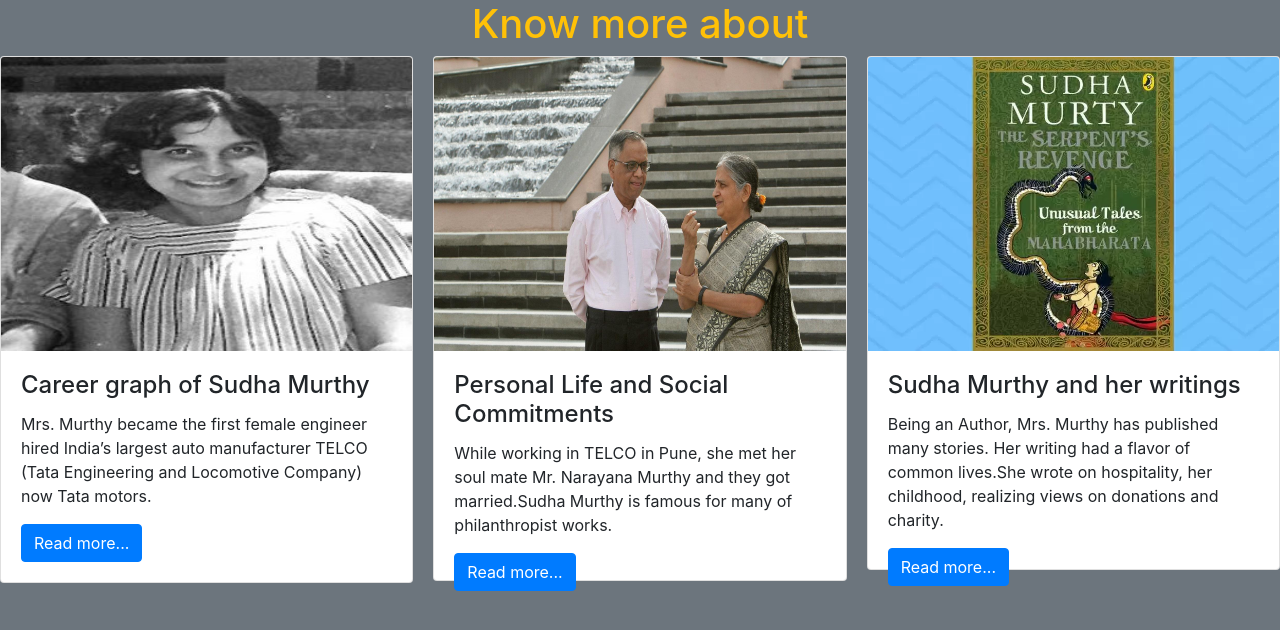
Repository: sumanthr18/RoleModel
Page: cards.html
These files come from the project's save history. The page is drawn as it stood at one moment and after the next save; the edit follows.
The browser window is 1280 px wide. The pictures show the whole page.

Above is the page before, as saved 2020-03-14 20:57:43.

### cards.html
<!DOCTYPE html>
<html lang="en">

<head>
    <meta charset="UTF-8">
    <meta name="viewport" content="width=device-width, initial-scale=1.0">
    <meta http-equiv="X-UA-Compatible" content="ie=edge">
    <link rel="stylesheet" href="https://stackpath.bootstrapcdn.com/bootstrap/4.1.1/css/bootstrap.min.css" integrity="sha384-WskhaSGFgHYWDcbwN70/dfYBj47jz9qbsMId/iRN3ewGhXQFZCSftd1LZCfmhktB"
        crossorigin="anonymous">

    <title>Bootstrap Sandbox</title>
</head>

<body class="bg-secondary">
    <header>
        <div>
            <h1 class="text-center text-warning">Know more about </h1>
        </div>
    </header>
    <section >
            <div class="card-columns">
            <div class="card">
                <img style="height: 294px;" class="card-img-top img-fluid" src="An-Old-Picture-of-Sudha-Murthy .jpg" alt="">
                <div class="card-body">
                    <h4 class="card-title">Career graph of Sudha Murthy</h4>
                    <p class="card-text">Mrs. Murthy became the first female engineer hired India’s largest auto manufacturer TELCO (Tata Engineering and Locomotive Company) now Tata motors.</p>
                    <p class="card-text">
                        <button class="btn btn-primary">Read more...</button>
                    </p>
                </div>
            </div>
            <div style="height: 525px;" class="card">
                <img style="height: 294px;" class="card-img-top img-fluid" src="murthy.jpg" alt="">
                <div class="card-body">
                    <h4 class="card-title">Personal Life and Social Commitments</h4>
                    <p class="card-text">While working in TELCO in Pune, she met her soul mate Mr. Narayana Murthy and they got married.Sudha Murthy is famous for many of philanthropist works.    </p>
                    <p class="card-text">
                        <button class="btn btn-primary">Read more...</button>
                    </p>
                </div>
            </div>
            <div style="height: 514px;" class="card">
                <img style="height: 294px;" class="card-img-top img-fluid" src="61163013.jpg" alt="">
                <div class="card-body">
                    <h4 class="card-title">Sudha Murthy and her writings</h4>
                    <p class="card-text">Being an Author, Mrs. Murthy has published many stories. Her writing had a flavor of common lives.She wrote on hospitality, her childhood, realizing views on donations and charity.</p>
                    <p class="card-text">
                        <button class="btn btn-primary">Read more...</button>
                    </p>
                </div>
            </div>
        </div>
    </section>
    </div>

</body>

</html>

After the next save:
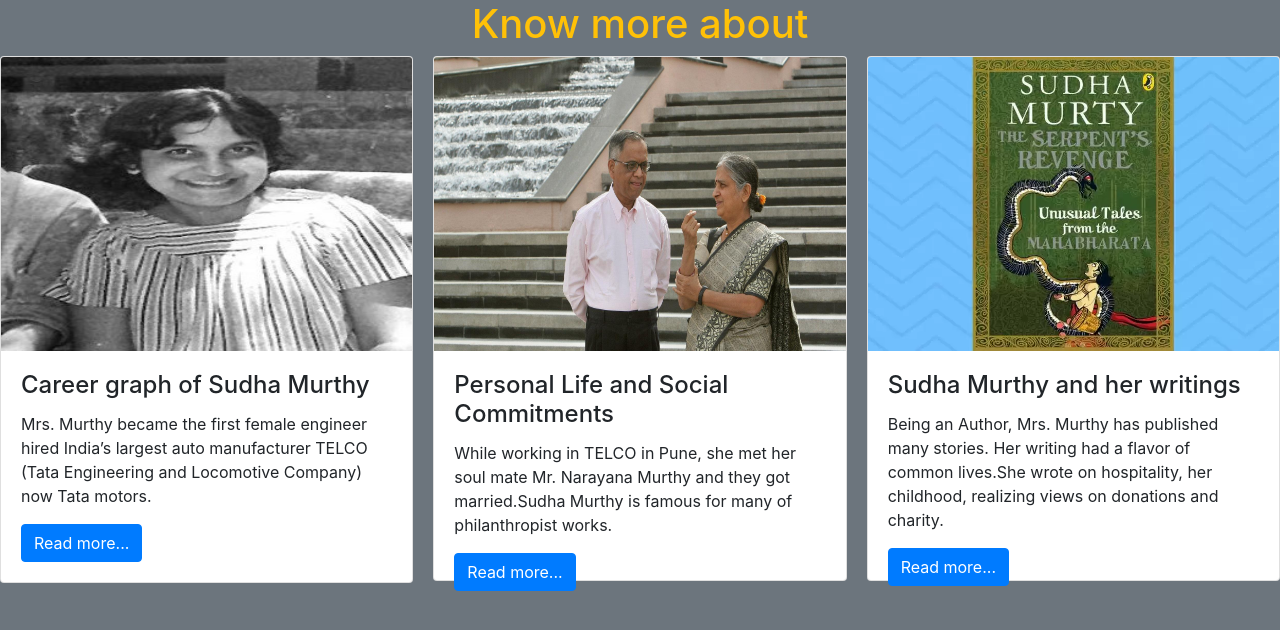
Saved 17 s later.
--- a/cards.html
+++ b/cards.html
@@ -39,7 +39,7 @@
                     </p>
                 </div>
             </div>
-            <div style="height: 514px;" class="card">
+            <div style="height: 525px;" class="card">
                 <img style="height: 294px;" class="card-img-top img-fluid" src="61163013.jpg" alt="">
                 <div class="card-body">
                     <h4 class="card-title">Sudha Murthy and her writings</h4>
